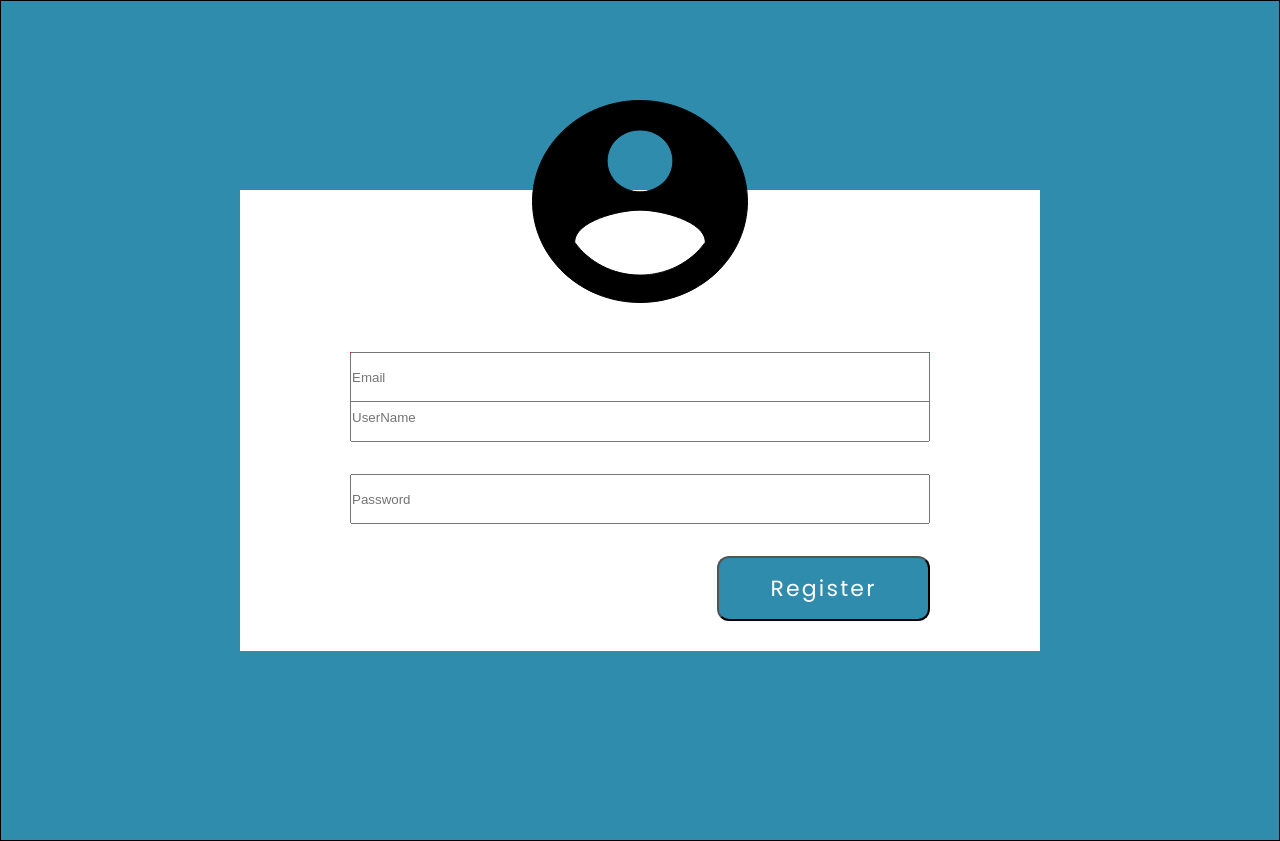
Repository: SabrinaSeydaliyeva/Agency-website
Page: pages/registerPage/index.html
The author's editor kept a copy of each file at every save. The page is drawn from the files as they stood at one save, then again after the next save.
The browser window is 1280 px wide. The pictures show the whole page.
The style sheet was rebuilt from its Sass, Less or Tailwind sources for each picture, by a compiler version that may differ from the author's.

Above is the page before, as saved 2023-09-14 16:09:22.

After the next save:
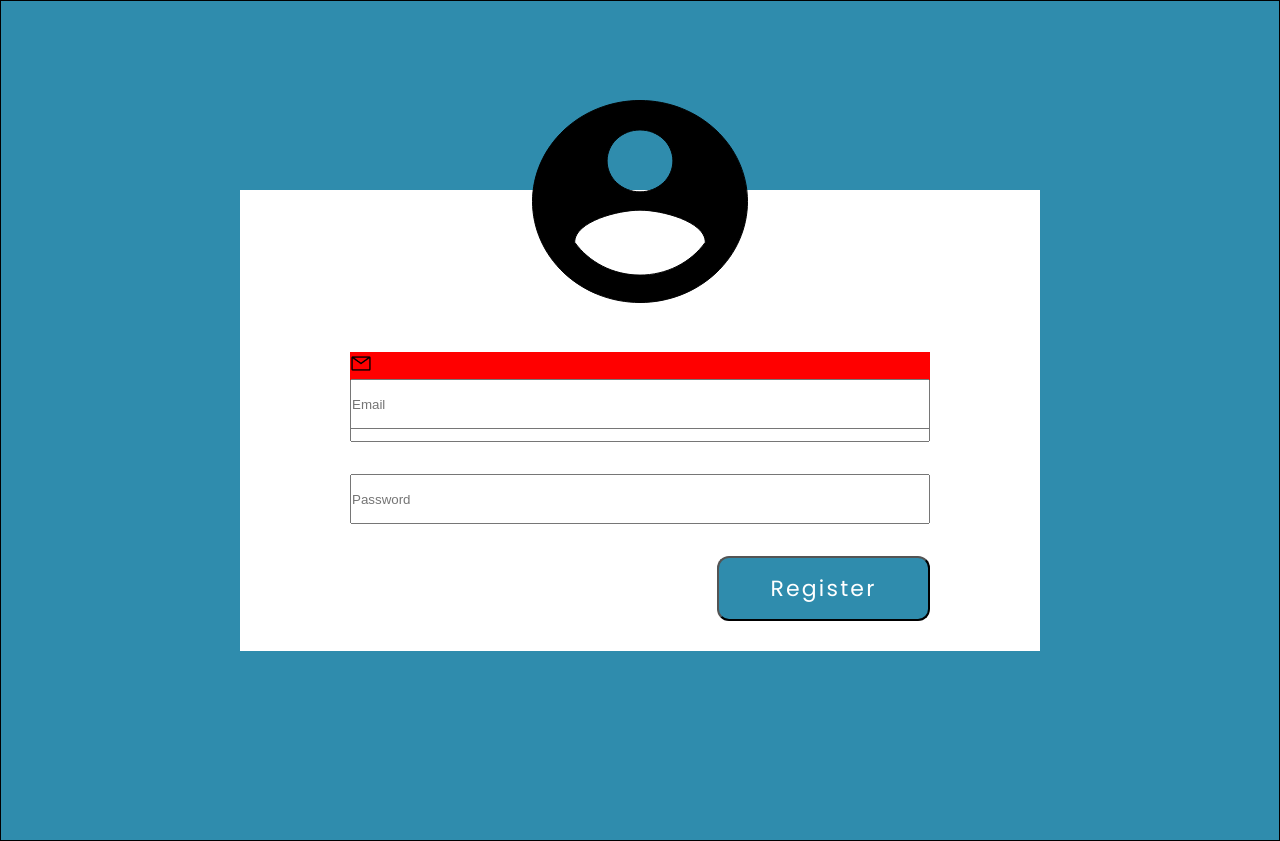
Saved 6 s later.
--- a/pages/registerPage/index.html
+++ b/pages/registerPage/index.html
@@ -17,6 +17,7 @@
                     <!-- <svg xmlns="http://www.w3.org/2000/svg" width="22" height="23" viewBox="0 0 22 23" fill="none">
                         <path d="M19.25 4.3125H2.75C2.38533 4.3125 2.03559 4.46395 1.77773 4.73353C1.51987 5.00312 1.375 5.36875 1.375 5.75V17.25C1.375 17.6312 1.51987 17.9969 1.77773 18.2665C2.03559 18.536 2.38533 18.6875 2.75 18.6875H19.25C19.6147 18.6875 19.9644 18.536 20.2223 18.2665C20.4801 17.9969 20.625 17.6312 20.625 17.25V5.75C20.625 5.36875 20.4801 5.00312 20.2223 4.73353C19.9644 4.46395 19.6147 4.3125 19.25 4.3125ZM17.7375 5.75L11 10.6231L4.2625 5.75H17.7375ZM2.75 17.25V6.40406L10.6081 12.0894C10.7232 12.1728 10.8599 12.2176 11 12.2176C11.1401 12.2176 11.2768 12.1728 11.3919 12.0894L19.25 6.40406V17.25H2.75Z" fill="black"/>
                         </svg> -->
+                        <img src="./images/carbon_email.png" alt="">
                     <input class="email-input" type="email" name="email"  placeholder="Email">
                 </label>
                 <input class="name-input" type="text" name="name"  placeholder="UserName">
